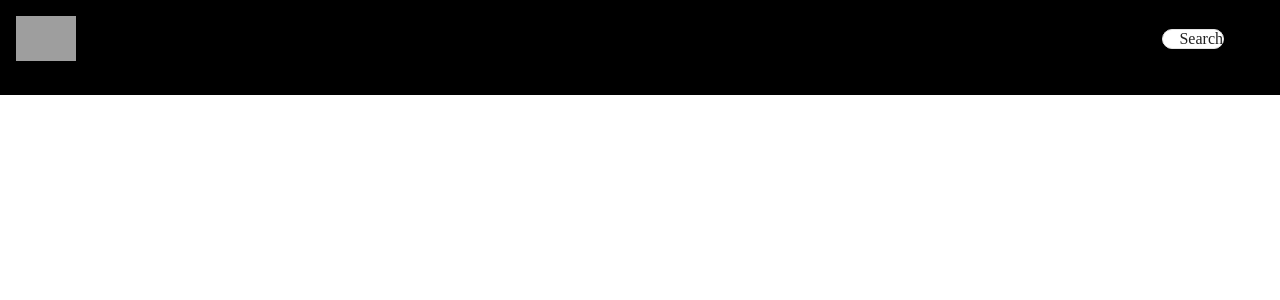
Repository: hieuhieu10/youtube_clone
Page: /
The author's editor kept a copy of each file at every save. The page is drawn from the files as they stood at one save, then again after a run of saves.
The browser window is 1280 px wide. The pictures show the whole page.
Pictures or frames that could not be fetched are drawn as grey boxes. The project was rebuilt for these pictures with package versions that can differ from the ones it lists, and the page was loaded fresh each time. Also part of the build but not shown: src/utils/constants.js, src/components/ChannelDetail.jsx, src/components/VideoDetail.jsx, src/components/SearchFeed.jsx.

Above is the page before, as saved 2023-04-12 10:08:59.

### public/index.html
<!DOCTYPE html>
<html lang="en">

<head>
  <meta charset="utf-8" />
  <link rel="icon" href="%PUBLIC_URL%/favicon.ico" />
  <meta name="viewport" content="width=device-width, initial-scale=1" />
  <meta name="theme-color" content="#000000" />
  <meta name="description" content="Web site created using create-react-app" />
  <link rel="apple-touch-icon" href="%PUBLIC_URL%/logo192.png" />

  <link rel="manifest" href="%PUBLIC_URL%/manifest.json" />
  <link rel="stylesheet" href="https://fonts.googleapis.com/icon?family=Material+Icons" />
  <link rel="stylesheet" href="https://fonts.googleapis.com/css?family=Roboto:300,400,500,700&display=swap" />
  <title>youtube Clone</title>
</head>

<body>
  <noscript>You need to enable JavaScript to run this app.</noscript>
  <div id="root"></div>

</body>

</html>

### src/index.js
import React from "react";
import  ReactDOM  from "react-dom/client";

import App from "./App";
import './index.css';

const root = ReactDOM.createRoot(document.getElementById('root'))
root.render(<App/>)

### src/App.js
import React from 'react'
import { BrowserRouter, Routes, Route } from 'react-router-dom'
import { Box } from '@mui/material'

import { Navbar, ChannelDetail, Feed, SearchFeed, VideoDetail } from './components'

const App = () => (
      <BrowserRouter>
      <Box sx={{backgroundColor: '#000'}}>
         < Navbar/>
          <Routes>
            <Route path='/' exact element={<Feed/>}/>
            <Route path='/video/:id'  element={<VideoDetail/>}/>
            <Route path='/Channel/:id'  element={<ChannelDetail/>}/>
            <Route path='/Search/:SearchTerm'  element={<SearchFeed/>}/>
          </Routes>
      </Box>
      </BrowserRouter>
      )

export default App

### src/components/index.js
export {default as Navbar}  from './Navbar'
export {default as Feed} from './Feed'
export {default as ChannelDetail} from './ChannelDetail'
export {default as VideoDetail} from './VideoDetail'
export {default as SearchFeed} from './SearchFeed'
export {default as SearchBar} from './SearchBar'

### src/components/Navbar.jsx
import { Stack } from "@mui/material"
import { Link } from "react-router-dom"

import {logo} from '../utils/constants'
import SearchBar from "./SearchBar"
const Navbar = () => (
    <Stack direction='row'
    alignItems='center'
    p={2}
    sx={{ position: 'sticky',background: '#000',
    top:0, justifyContent: 'space-between' }}>
      <Link to='/' style={{display: 'flex', alignItems: 'center'}}>
        <img src={logo} alt="logo" height={45}/>
      </Link>
      <SearchBar/>

      </Stack>
  )


export default Navbar

### src/components/SearchBar.jsx
import { useState } from "react"
import { useNavigate } from "react-router-dom"
import { Paper, IconButton } from "@mui/material"
import {SearchIcon} from '@mui/material'

const SearchBar = () => {
  return (
    <Paper component="form" onSubmit={()=>{}}
    sx={{borderRadius: 20 ,
        border: '1px solid #e3e3e3',
        pl:2,
        boxShadow: 'none',
        mr: {sm:5}}}>
        Search
    </Paper>
  )
}

export default SearchBar

Loaded but not shown: src/index.css (common file); src/components/Feed.jsx (common file)

After the next 4 saves:
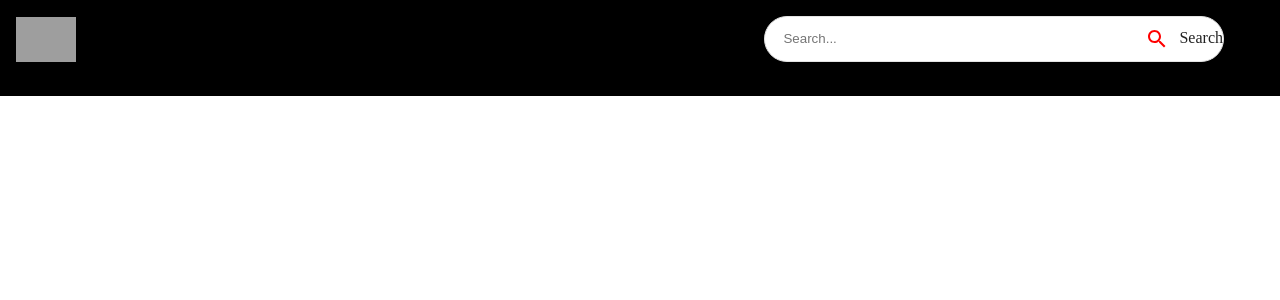
The 4 saves are shown as one change because 3 did not build or start.
The last was saved 12 h 38 min later.
--- a/src/components/SearchBar.jsx
+++ b/src/components/SearchBar.jsx
@@ -1,7 +1,7 @@
 import { useState } from "react"
 import { useNavigate } from "react-router-dom"
 import { Paper, IconButton } from "@mui/material"
-import {SearchIcon} from '@mui/material'
+import {Search} from '@mui/icons-material'
 
 const SearchBar = () => {
   return (
@@ -10,7 +10,12 @@
         border: '1px solid #e3e3e3',
         pl:2,
         boxShadow: 'none',
-        mr: {sm:5}}}>
+        mr: {sm:5}
+        }}>
+          <input className="search-bar" placeholder="Search..." value="" onChange={()=>{}}/>
+          <IconButton type="submit" sx={{p:'10px', color:'red' }}>
+            <Search/>
+          </IconButton>
         Search
     </Paper>
   )
